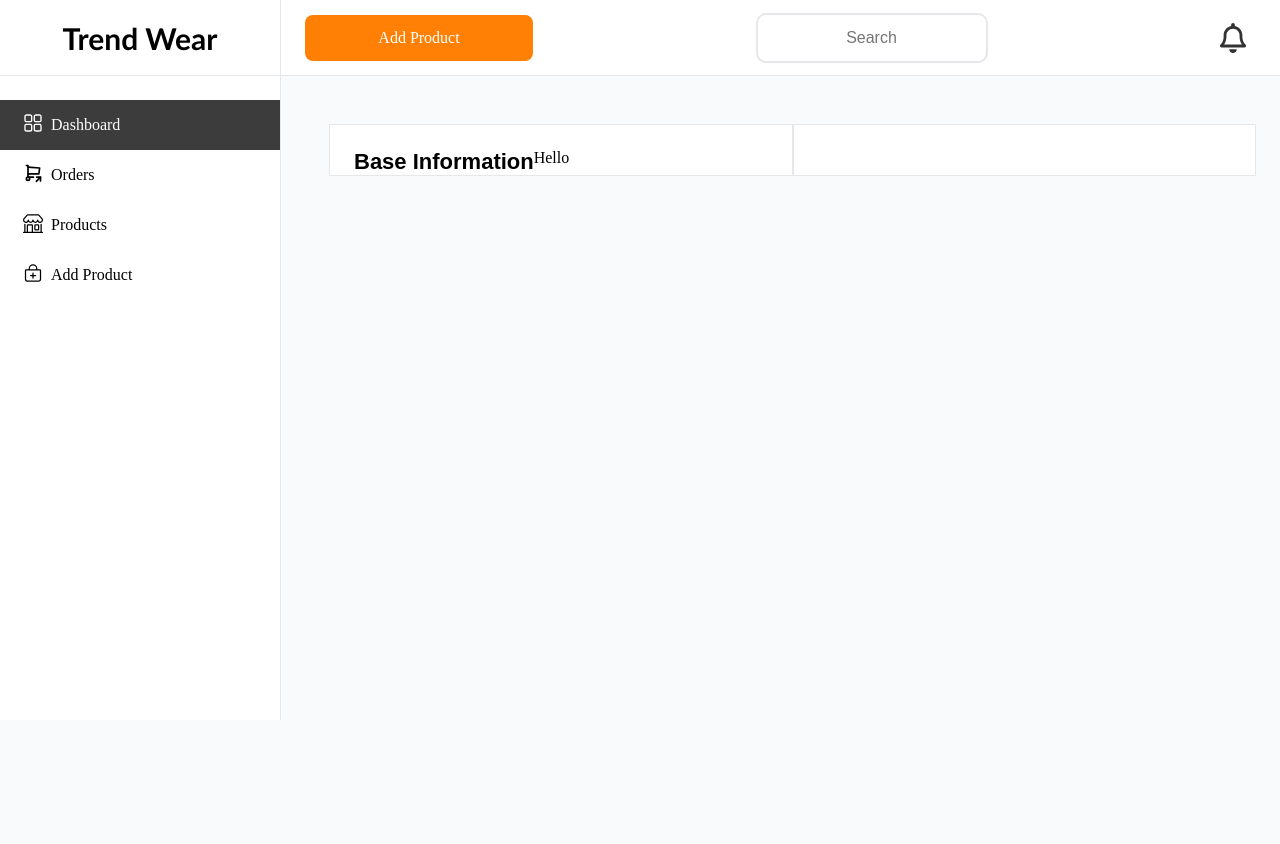
Repository: ahmad-dev7/TrendWear
Page: / (app in trend_wear_dashboard/)
These files come from the project's save history. The page is drawn as it stood at one moment and after the next save; the edit follows.
The browser window is 1280 px wide. The pictures show the whole page.
The project was rebuilt for these pictures with package versions that can differ from the ones it lists, and the page was loaded fresh each time. Also part of the build but not shown: trend_wear_dashboard/vite.config.ts.

Above is the page before, as saved 2025-01-20 02:08:03.

After the next save:
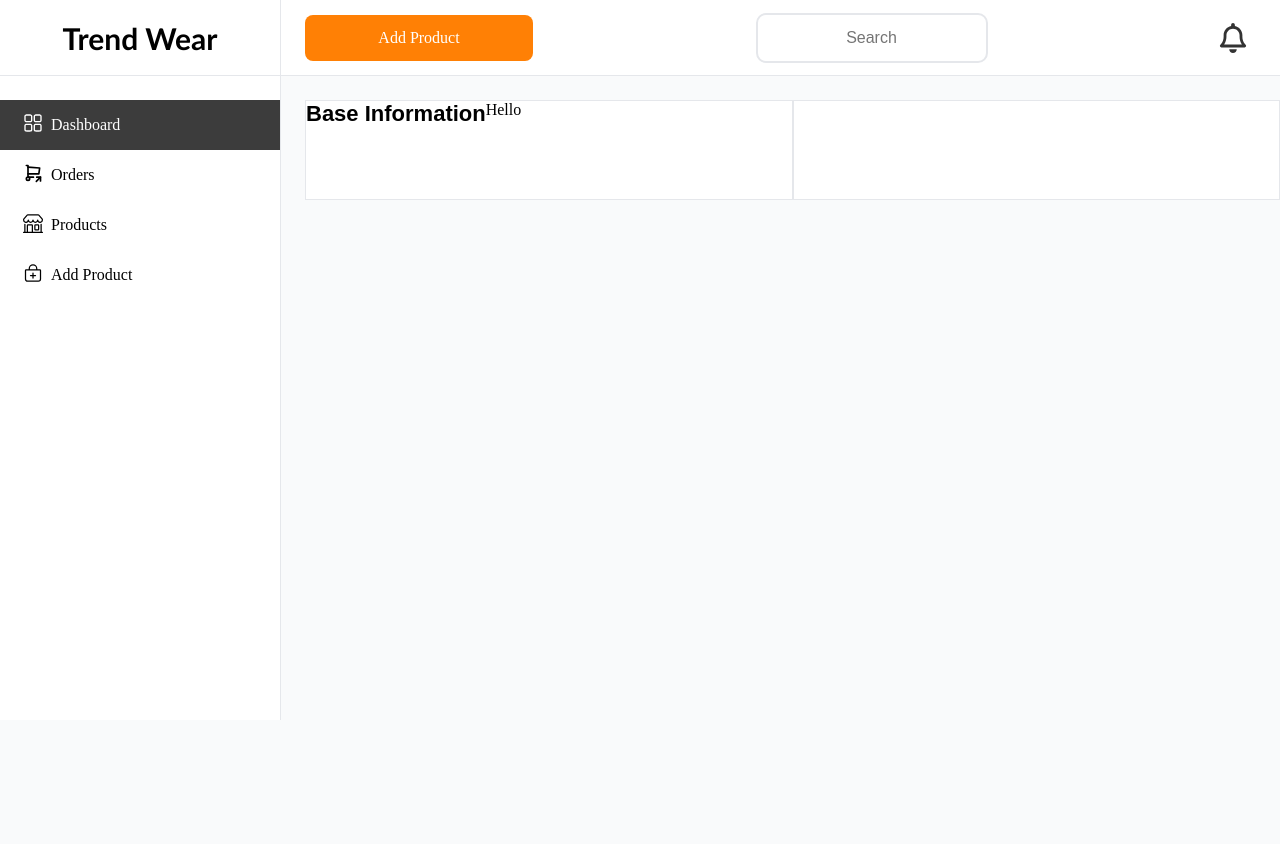
Saved 7 s later.
--- a/trend_wear_dashboard/src/Components/AddProduct/ProductDetails.css
+++ b/trend_wear_dashboard/src/Components/AddProduct/ProductDetails.css
@@ -1,7 +1,4 @@
-.parent {
-    margin: 0px;
-    padding: 24px;
-}
+.parent {}
 
 .heading {
     margin: 0px;

After the 2 saves that followed:
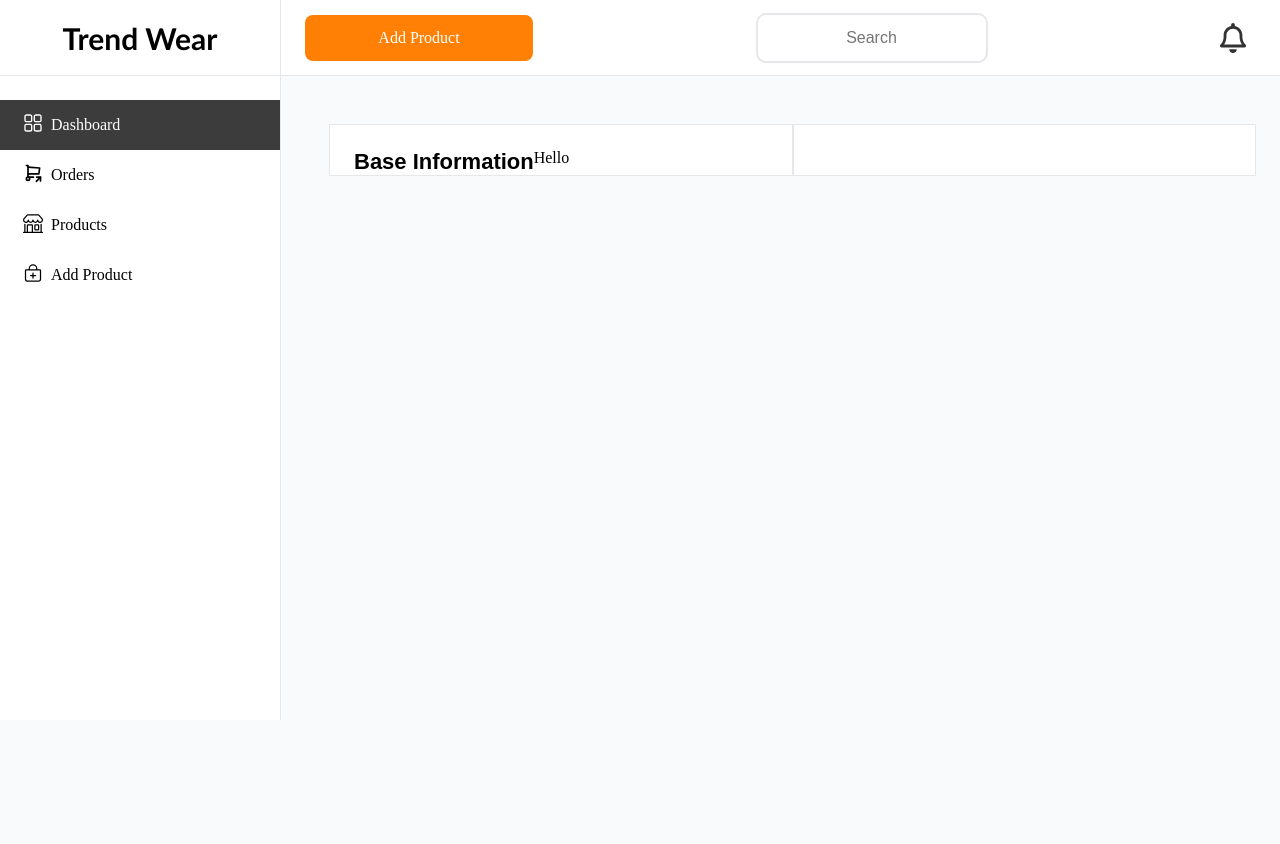
The 2 saves are shown as one change because 1 left the picture as it was.
The last was saved 19 s later.
--- a/trend_wear_dashboard/src/Components/AddProduct/ProductDetails.css
+++ b/trend_wear_dashboard/src/Components/AddProduct/ProductDetails.css
@@ -1,4 +1,7 @@
-.parent {}
+.parent {
+    margin: 0px;
+    padding: 24px;
+}
 
 .heading {
     margin: 0px;
